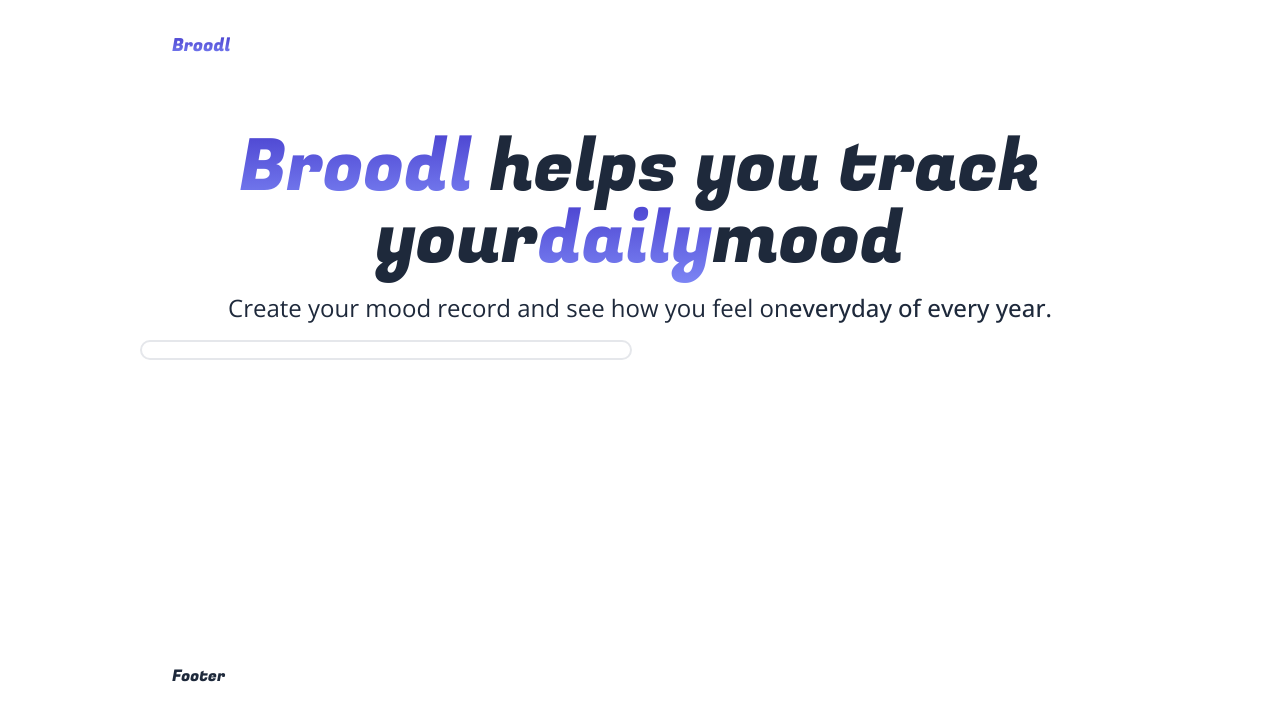
Repository: Nathan-spec/mood-app-next
Page: /
An editor plug-in stored every save of this project. The page is shown before and after a run of saves, followed by the edit.
The browser window is 1280 px wide. The pictures show the whole page.
The project was rebuilt for these pictures with package versions that can differ from the ones it lists, and the page was loaded fresh each time. The framework's server and built-in components were replaced by stand-ins that run in the browser. Also part of the build but not shown: next.config.mjs.

Above is the page before, as saved 2024-10-14 10:52:55.

### app/layout.js
import localFont from "next/font/local";
import { Fugaz_One, Open_Sans } from "next/font/google";
import "./globals.css";

const geistSans = localFont({
  src: "./fonts/GeistVF.woff",
  variable: "--font-geist-sans",
  weight: "100 900",
});
const geistMono = localFont({
  src: "./fonts/GeistMonoVF.woff",
  variable: "--font-geist-mono",
  weight: "100 900",
});

export const metadata = {
  title: "Broodl",
  description: "Track your daily mood everyday of the year",
};

const openSans = Open_Sans({ subsets:["latin"] });
const fugaz = Fugaz_One({ subsets: ["latin"], weight:['400'] });

export default function RootLayout({ children }) {

  const header = (
    <header className='p-4 sm:p-8 flex items-center justify-between gap-4'>
      <h1 className={'text-base sm:text-lg textGradient ' + fugaz.className}>Broodl</h1>
    </header>
  )

  const footer = (
    <footer className={'p-4 sm:p-8 ' + fugaz.className}>
        Footer
    </footer>
  )
  return (
    <html lang="en">
      <body
        className={`w-full, max-w-[1000px] mx-auto text-sm sm:text-base min-h-screen flex flex-col text-slate-800 ${openSans.className} antialiased`}
      >
        {header}
        {children}
        {footer}
      </body>
    </html>
  );
}

### app/page.js
import Hero from "@/components/Hero";
import Main from "@/components/main";

export default function HomePage() {
  return(
    <Main className="">
      <Hero/>

    </Main>
  )
}

### app/globals.css
@tailwind base;
@tailwind components;
@tailwind utilities;

.textGradient {
  background: -webkit-linear-gradient(#4338ca, #818cf8);
  -webkit-background-clip: text;
  -webkit-text-fill-color: transparent;
}

### components/Hero.js
import { Fugaz_One } from 'next/font/google';
import React from 'react'
import Button from './Button';

const fugaz = Fugaz_One({ subsets: ["latin"], weight: ['400']});

export default function Hero() {
  return (
    <div className='py-4 md:py-10 flex flex-col gap-4 sm:gap-4'>
        <h1
        className={'text-5xl sm:text-text-6xl md:text-7xl text-center ' + fugaz.className}>
            <span className='textGradient'>Broodl</span> helps you track your<span className='textGradient'>daily

            </span>mood</h1>
            <p className='text-lg sm:text-xl md:text-2xl text-center'>Create your mood record and see how you feel on
                <span className='font-medium'>everyday of every year.</span></p>
    <div className='grid grid-cols-2 gap-4'>
      <Button text=""/>
    </div>
    </div>
  )
}

### components/main.js
import React from 'react'

export default function Main(props) {
    const { children } = props
  return (
        <main className='flex-1 flex flex-col'>
            {children}
        </main>
  )
}

### components/Button.js
import { Fugaz_One } from 'next/font/google'
import React from 'react'

const fugaz = Fugaz_One({subsets: ["latin"], weight: ['400'] });
export default function Button(props) {
    const { text, dark } = props
  return (
    <button className={'rounded-full overflow-hidden duration-200 hover:opacity-60 border-2 border-solid border-indigo-600' +
        (dark ? 'text-white bg-indigo-600 border-indigo-600 ' : 'text-indigo-600' )}>
        <p className={'px-6 sm:px-10 whitespace-nowrap py-2 sm:py-3' + fugaz.className}>{text}</p>
    </button>
  )
}

Loaded but not shown: tailwind.config.js (common file)

After the next 2 saves:
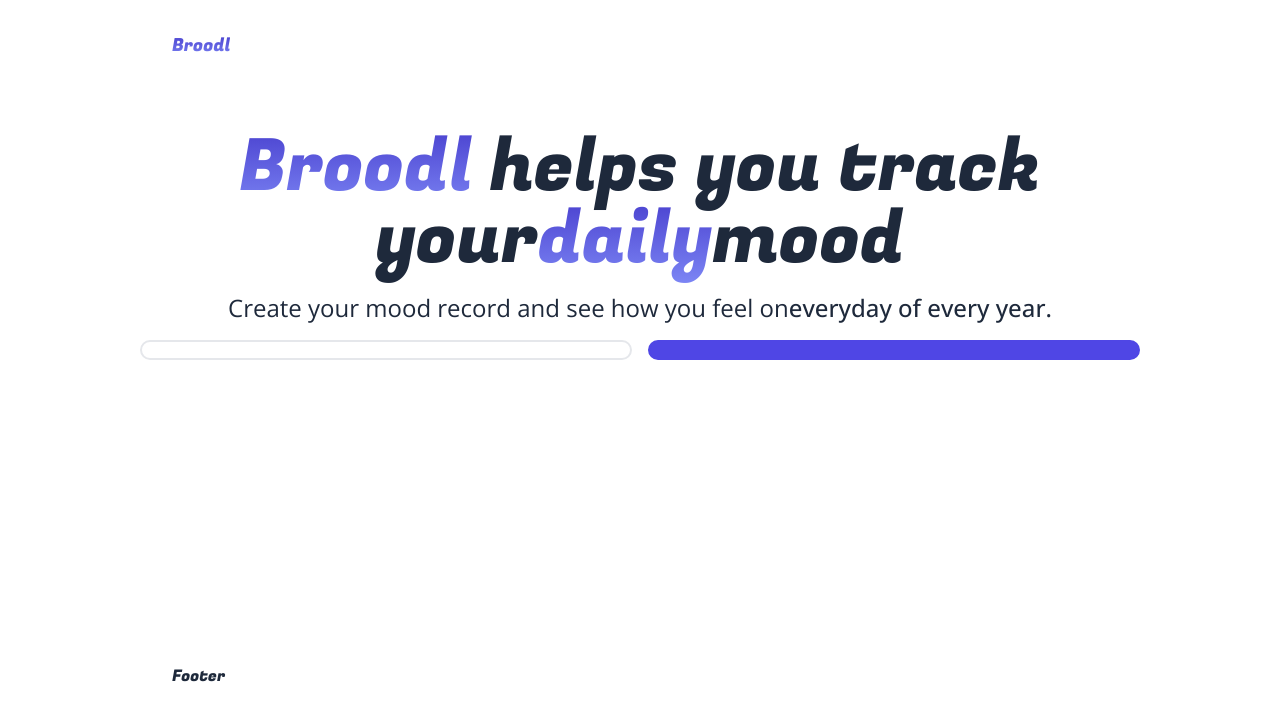
The 2 saves are shown as one change because they came seconds apart.
The last was saved 14 s later.
--- a/components/Hero.js
+++ b/components/Hero.js
@@ -16,6 +16,7 @@ export default function Hero() {
                 <span className='font-medium'>everyday of every year.</span></p>
     <div className='grid grid-cols-2 gap-4'>
       <Button text=""/>
+      <Button text="" dark/>
     </div>
     </div>
   )
